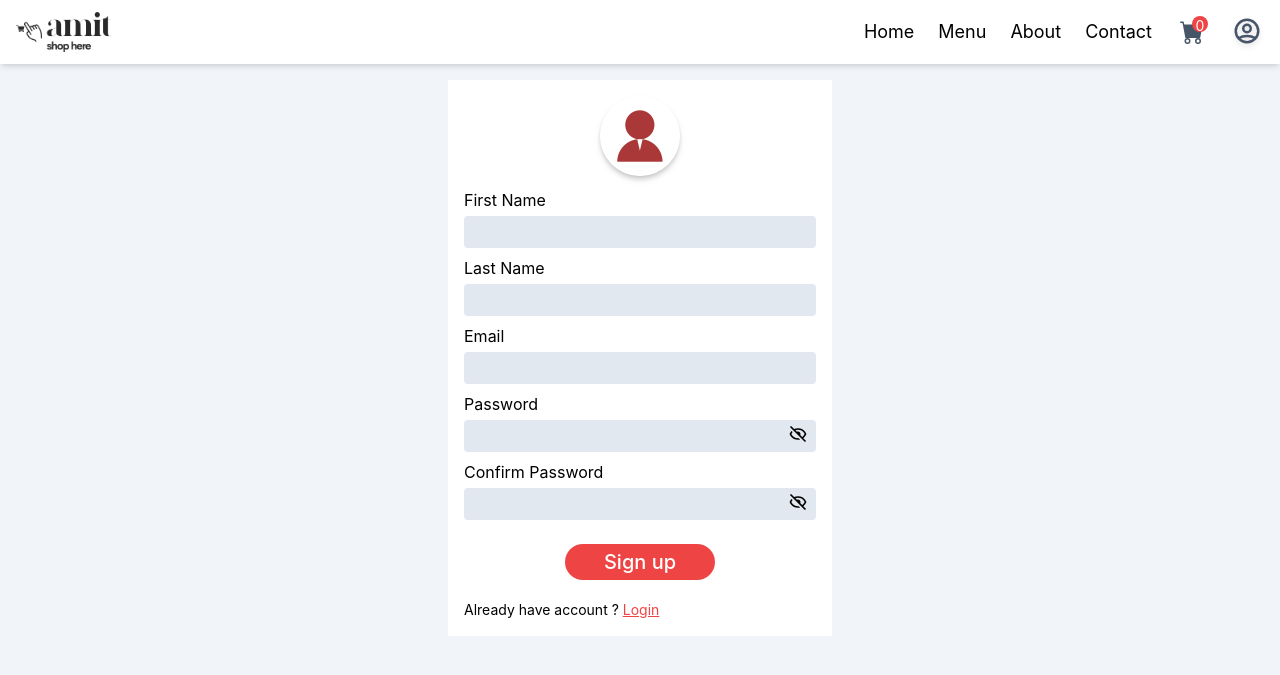
Repository: Lehuyhuynh/Web_ban_hoa_qua
Page: /signup (app in frontend/)
An editor plug-in stored every save of this project. The page is shown before and after a run of saves, followed by the edit.
The browser window is 1280 px wide. The pictures show the whole page.
The project was rebuilt for these pictures with package versions that can differ from the ones it lists, and the page was loaded fresh each time. Also part of the build but not shown: frontend/src/page/Home.js, frontend/src/page/Menu.js, frontend/src/page/About.js, frontend/src/page/Contact.js, frontend/src/redux/userSlice.js, frontend/src/page/login.js, frontend/src/page/Newproduct.js.

Above is the page before, as saved 2024-01-02 20:16:16.

### frontend/src/index.js
import React from "react";
import ReactDOM from "react-dom/client";
import "./index.css";
import App from "./App";
import reportWebVitals from "./reportWebVitals";
import {
  createBrowserRouter,
  createRoutesFromElements,
  Route,
  RouterProvider,
} from "react-router-dom";

import Home from "./page/Home";
import Menu from "./page/Menu";
import About from "./page/About";
import Contact from "./page/Contact";
import Login from "./page/login";
import NewProduct from "./page/Newproduct";
import Signup from "./page/Signup";

const router = createBrowserRouter(
  createRoutesFromElements(
    <Route path="/" element={<App />}>
      <Route index element={<Home />} />
      <Route path="menu" element={<Menu />} />
      <Route path="about" element={<About />} />
      <Route path="contact" element={<Contact />} />
      <Route path="login" element={<Login />} />
      <Route path="newproduct" element={<NewProduct />} />
      <Route path="signup" element={<Signup />} />
    </Route>
  )
);

const root = ReactDOM.createRoot(document.getElementById("root"));
root.render(<RouterProvider router={router} />);

// If you want to start measuring performance in your app, pass a function
// to log results (for example: reportWebVitals(console.log))
// or send to an analytics endpoint. Learn more: https://bit.ly/CRA-vitals
reportWebVitals();

### frontend/src/App.js
import Header from "./component/Header";
import { Outlet } from "react-router-dom";
function App() {
  return (
    <>
      <div>
        <Header />
        <main className="pt-16 bg-slate-100 min-h-[calc(100vh)]">
          <Outlet />
        </main>
      </div>
    </>
  );
}

export default App;

### frontend/src/page/Signup.js
import React, { useState } from "react";
import loginSignupImage from "../assest/login-animation (1).gif";
import { Link, useNavigate } from "react-router-dom";
import { BiShow, BiHide } from "react-icons/bi";

import { BsEmojiSmileUpsideDown } from "react-icons/bs";

const Signup = () => {
  const [showPassword, setShowPassword] = useState(false);
  const [showConfirmPassword, setShowConfirmPassword] = useState(false);
  const [data, setData] = useState({
    firstName: "",
    lastName: "",
    email: "",
    password: "",
    confirmPassword: "",
    image: "",
  });
  const navigate = useNavigate();

  const handleShowPassword = () => {
    setShowPassword((preve) => !preve);
  };

  const handleShowConfirmPassword = () => {
    setShowConfirmPassword((preve) => !preve);
  };

  const handleOnChange = (e) => {
    const { name, value } = e.target;
    setData((preve) => {
      return {
        ...preve,
        [name]: value,
      };
    });
  };

  const handleSubmit = (e) => {
    e.preventDefault();
    const { firstName, email, password, confirmPassword } = data;
    if (firstName && email && password && confirmPassword) {
      if (password === confirmPassword) {
        alert("Successfull");
        navigate("/login");
      } else {
        alert("password and confirm password not equal");
      }
    } else {
      alert("Please Enter required fields");
    }
  };

  return (
    <div className="p-3 md:p-4">
      <div className="w-full max-w-sm bg-white m-auto flex  flex-col p-4">
        {/* <h1 className="text-center text-2xl font-bold">Sign up</h1> */}

        <div className="w-20 h-20 overflow-hidden rounded-full drop-shadow-md shadow-md m-auto relative ">
          <img src={loginSignupImage} className="w-full h-full" />
        </div>

        <form
          action=""
          className="w-full py-3 flex flex-col"
          onSubmit={handleSubmit}
        >
          <label htmlFor="firstName">First Name</label>
          <input
            type={"text"}
            id="firstName"
            name="firstName"
            className="mt-1 mb-2 w-full bg-slate-200 px-2 py-1 rounded focus-within:outline-blue-300"
            value={data.firstName}
            onChange={handleOnChange}
          />

          <label htmlFor="lastName">Last Name</label>
          <input
            type={"text"}
            id="lastName"
            name="lastName"
            className="mt-1 mb-2 w-full bg-slate-200 px-2 py-1 rounded focus-within:outline-blue-300"
            value={data.lastName}
            onChange={handleOnChange}
          />

          <label htmlFor="email">Email</label>
          <input
            type={"email"}
            id="email"
            name="email"
            className="mt-1 mb-2 w-full bg-slate-200 px-2 py-1 rounded focus-within:outline-blue-300"
            value={data.email}
            onChange={handleOnChange}
          />

          <label htmlFor="password">Password</label>
          <div className="flex px-2 py-1 bg-slate-200 rounded mt-1 mb-2 focus-within:outline focus-within:outline-blue-300">
            <input
              type={showPassword ? "text" : "password"}
              id="password"
              name="password"
              className=" w-full bg-slate-200 border-none outline-none "
              value={data.password}
              onChange={handleOnChange}
            />
            <span
              className="flex text-xl cursor-pointer"
              onClick={handleShowPassword}
            >
              {showPassword ? <BiShow /> : <BiHide />}
            </span>
          </div>

          <label htmlFor="confirmpassword">Confirm Password</label>
          <div className="flex px-2 py-1 bg-slate-200 rounded mt-1 mb-2  focus-within:outline focus-within:outline-blue-300">
            <input
              type={showConfirmPassword ? "text" : "password"}
              id="confirmpassword"
              name="confirmPassword"
              className=" w-full bg-slate-200 border-none outline-none "
              value={data.confirmPassword}
              onChange={handleOnChange}
            />
            <span
              className="flex text-xl cursor-pointer"
              onClick={handleShowConfirmPassword}
            >
              {showConfirmPassword ? <BiShow /> : <BiHide />}
            </span>
          </div>

          <button className="w-full max-w-[150px] m-auto  bg-red-500 hover:bg-red-600 cursor-pointer  text-white text-xl font-medium text-center py-1 rounded-full mt-4">
            Sign up
          </button>
        </form>

        <p className="text-left text-sm mt-2">
          Already have account ?{" "}
          <Link to={"/login"} className="text-red-500 underline">
            Login
          </Link>
        </p>
      </div>
    </div>
  );
};

export default Signup;

### frontend/src/component/Header.js
import logo from "../assest/logo .png";
import { Link } from "react-router-dom";
import { HiOutlineUserCircle } from "react-icons/hi";
import { BsCartFill } from "react-icons/bs";
import { useState } from "react";
function Header() {
  const [showMenu, setShowMenu] = useState(false);
  const handleShowMenu = () => {
    setShowMenu((preve) => !preve);
  };
  return (
    <header className="fixed shadow-md w-full h-16 px-2 md:px-4 z-50 bg-white">
      {/* desktop */}

      <div className="flex items-center h-full justify-between">
        <Link to={""}>
          <div className="h-10">
            <img src={logo} className="h-full" />
          </div>
        </Link>

        <div className="flex items-center gap-4 md:gap-7">
          <nav className="gap-4 md:gap-6 text-base md:text-lg hidden md:flex">
            <Link to={""}> Home</Link>
            <Link to={"menu"}> Menu</Link>
            <Link to={"about"}> About</Link>
            <Link to={"contact"}>Contact</Link>
          </nav>

          <div className="text-2xl text-slate-600 relative">
            <BsCartFill />
            <div className="absolute -top-1 -right-1 text-white bg-red-500 h-4 w-4 rounded-full m-0 p-0 text-sm text-center">
              0
            </div>
          </div>
          <div className=" text-slate-600" onClick={handleShowMenu}>
            <div className="text-3xl cursor-pointer w-8 h-8 rounded-full overflow-hidden drop-shadow-md">
              <HiOutlineUserCircle />
            </div>

            {showMenu && (
              <div className="absolute right-2 bg-white py-2  shadow drop-shadow-md flex flex-col min-w-[120px] text-center">
                <Link
                  to={"newproduct"}
                  className="whitespace-nowrap cursor-pointer px-2"
                >
                  New product
                </Link>
                <Link
                  to={"login"}
                  className="whitespace-nowrap cursor-pointer px-2"
                >
                  Login
                </Link>
              </div>
            )}
          </div>
        </div>
      </div>
    </header>
  );
}
export default Header;

Loaded but not shown: frontend/public/index.html (common file); frontend/src/index.css (common file); frontend/src/reportWebVitals.js (common file); frontend/tailwind.config.js (common file)

After the next 2 saves:
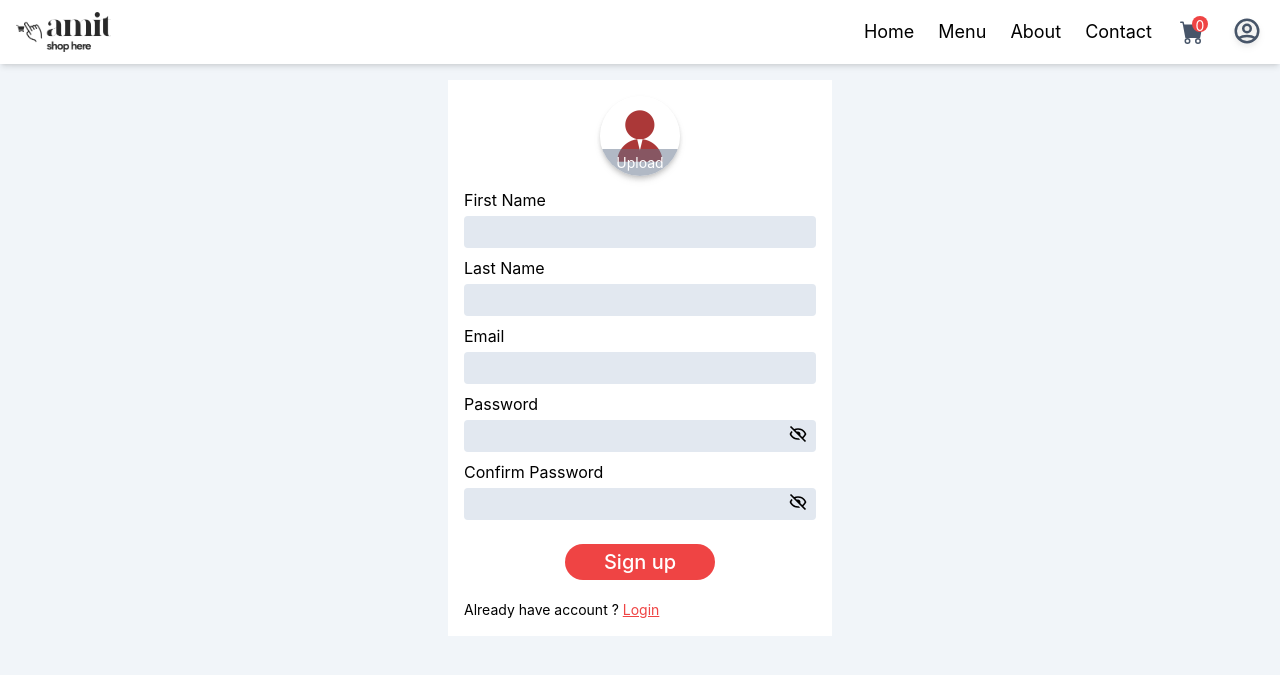
The 2 saves are shown as one change because 1 did not build or start.
The last was saved 3 min 15 s later.
--- a/frontend/src/page/Signup.js
+++ b/frontend/src/page/Signup.js
@@ -36,6 +36,17 @@
     });
   };
 
+  const handleUploadProfileImage = async (e) => {
+    const data = await ImagetoBase64(e.target.files[0]);
+
+    setData((preve) => {
+      return {
+        ...preve,
+        image: data,
+      };
+    });
+  };
+
   const handleSubmit = (e) => {
     e.preventDefault();
     const { firstName, email, password, confirmPassword } = data;
@@ -58,6 +69,19 @@
 
         <div className="w-20 h-20 overflow-hidden rounded-full drop-shadow-md shadow-md m-auto relative ">
           <img src={loginSignupImage} className="w-full h-full" />
+
+          <label htmlFor="profileImage">
+            <div className="absolute bottom-0 h-1/3  bg-slate-500 bg-opacity-50 w-full text-center cursor-pointer">
+              <p className="text-sm p-1 text-white">Upload</p>
+            </div>
+            <input
+              type={"file"}
+              id="profileImage"
+              accept="image/*"
+              className="hidden"
+              onChange={handleUploadProfileImage}
+            />
+          </label>
         </div>
 
         <form
